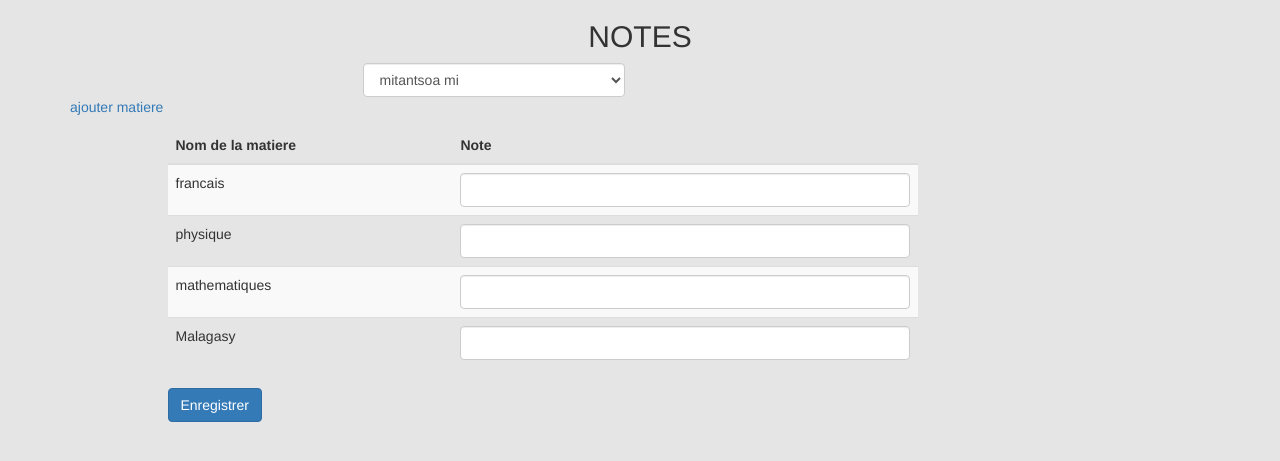
Repository: mitantsoa1/CRUD-note
Page: http://localhost/note
These files come from the project's save history. The page is drawn as it stood at one moment and after the next save; the edit follows.
The browser window is 1280 px wide. The pictures show the whole page.
The page is run by PHP 8.4 with error messages shown; the project is at /var/www/html/. The database holds what the project's SQL file puts in it.

Above is the page before, as saved 2021-02-12 07:45:42.
Console error: SyntaxError: Unexpected token '<'

### index.php
<?php

require_once ("Controls/Controllers.class.php");
// require_once ("Models/Database.class.php");
// Database::init("localhost","stage","root","");

if(isset($_GET['action'])){
    if(method_exists("Controllers",$_GET['action'])){
        $reflect = new ReflectionMethod("Controllers",$_GET['action']);
        $class = "Controllers";
        $reflect -> invoke(new $class);
    }else{
        Controllers::loadView("erreur.php");
    }
}else{
    Controllers::loadView("indexView.php");
}

?>

### Controls/Controllers.class.php
<?php
	class Controllers{

		public static function loadView($page){
			$page = htmlspecialchars(trim($page)) ;
			include("Views/".$page) ;
		}
		public function index(){
			Controllers::loadView("indexView");
		}
		// pour inclure les portions de page
		public static function includeTemplate($template)
		{
			$template = htmlspecialchars(trim($template));
			include "Views/template_parts/" . $template;
		}
		// inclure du JavaScript
		public static function includeJS($fields)
		{
			$script = "";
			for ($i = 0; $i < count($fields) - 1; $i++) {
				$code = htmlspecialchars(trim($fields[$i]));
				$script .= '<script src="Publics/js/' . $code . '.js"></script>' . "\n\t";
			}
			if ($i == count($fields) - 1) {
				$code = htmlspecialchars(trim($fields[count($fields) - 1]));
				$script .= '<script src="Publics/js/' . $code . '.js"></script>' . "\n";
			}
			echo $script;
		}
		// inclure du CSS
		public static function includeCSS($fields)
		{
			$css = "";
			for ($i = 0; $i < count($fields) - 1; $i++) {
				$code = htmlspecialchars(trim($fields[$i]));
				$css .= '<link rel="stylesheet" href="Publics/css/' . $code . '.css">' . "\n\t";
			}
			if ($i == count($fields) - 1) {
				$code = htmlspecialchars(trim($fields[count($fields) - 1]));
				$css .= '<link rel="stylesheet" href="Publics/css/' . $code . '.css">' . "\n";
			}
			echo $css;
		}

		public function note(){
			Controllers::loadView("note.php");
		}
		public function matiere(){
			Controllers::loadView("matiere.php");
		}
	}

 ?>

### Views/note.php
<!DOCTYPE html>
<html lang="en">
<head>
    <meta charset="UTF-8">
    <meta http-equiv="X-UA-Compatible" content="IE=edge">
    <meta name="viewport" content="width=device-width, initial-scale=1.0">
    <title>note</title>
    <?php
Controllers::includeCSS(["all","bootstrap.min","sweetalert2.min","style","util"]);
?>
</head>
<body>
    <div class="container content-note">
        <h2 class="text-center">NOTES</h2>
    <form action="">
        <div class="row">
            <?php
                include('Models/Database.class.php');
                $db = new Database();
                $tab = $db->select("etudiant")
                            ->execute(null);
                echo "<div class='col-sm-3 col-sm-offset-3'> <select id='select_etudiant_note' class='form-control'>";

                    for($i=0;$i<count($tab);$i++){
                        echo"
                            <option value='".$tab[$i]->id."'>".$tab[$i]->nom." ".$tab[$i]->prenom."</option>
                        ";
                    }

                echo "</select></div>";


            ?>


        </div>
    </form>
    <a href="matiere" >ajouter matiere</a>
    <div class="nom"></div>
    <div class="row">
        <div class="matiere_table col-sm-8 col-sm-offset-1">matiere</div>
    </div>

    </div>


<?php
Controllers::includeJS(["jquery","bootstrap.min","all","sweetalert2.min","note"]);
?>
</body>
</html>

### Models/Database.class.php
<?php
class Database{
	private $query,$nombreParam, $lastTable;
	private static $conn,$host,$base,$user,$pass,$port ;
		// bd = new PDO("mysql:host=localhost;dbname=nom","user","pass")
		// initialisation
	public static function init($hote,$base,$port,$user,$pass) {
		self::$host=htmlspecialchars(trim($hote)) ;
		self::$base=htmlspecialchars(trim($base)) ;
		self::$user=htmlspecialchars(trim($user)) ;
		self::$pass=htmlspecialchars(trim($pass)) ;

	}
	public static function db() {
		$options = array(PDO::MYSQL_ATTR_INIT_COMMAND => 'SET NAMES utf8',
);


		$url ="mysql:host=".self::$host.";port=".self::$port.";dbname=".self::$base;
		if(!isset(self::$conn)) {
			self::$conn = new PDO($url,self::$user,self::$pass,$options);
		}
		return self::$conn ;

	}
		// execution du requete
	public function execute($value=null) {

			// tester s'il y des trous dans les requetes
			// si c'est une requete de selection
		if (strpos($this->query,"SELECT")>-1) {

			if (strpos($this->query,"?")>-1 ){
				$req = self::db()->prepare($this->query) ;
				$req->execute($value) ;
			}
			else {
				$req = self::db()->query($this->query) ;
			}


			return $req->fetchAll(PDO::FETCH_OBJ);
		}
		else {
			if (strpos($this->query,"?")>-1 ){
				$req = self::db()->prepare($this->query) ;
				$req->execute($value) ;

			}
			else {
				self::db()->query($this->query) ;
			}


			return 0 ;
		}



	}
	public function getQuery() {
		return $this->query ;
	}
	public function select($table){
		$table=htmlspecialchars(trim($table)) ;
		$this->query = "SELECT * FROM ".$table ;
		$this->lastTable =$table ;
		return $this ;
	}
	public function where($id,$operateur){
		$this->query .= " WHERE ".$id."".$operateur."?";

		return $this ;
	}
	public function et($id,$operateur) {
		$this->query .= " AND ".$id."".$operateur."?";

		return $this ;
	}
	public function ou($id,$operateur) {
		$this->query .= " OR ".$id."".$operateur."?";

		return $this ;
	}
		// insertion
	public function insert($table) {
		$this->query="INSERT INTO ".$table ;
		return $this ;
	}
	// mise à jours
	public function update($table) {
		$this->query="UPDATE ".$table ;
		return $this ;
	}
	public function parametters($fields) {
		if (strpos($this->query,"INSERT")>-1){
			// insertion
			$listeFields="(" ;
			$valeur="VALUES (" ;
			for ($i=0; $i <count($fields) ; $i++) {
				$listeFields.=$fields[$i]."," ;
				$valeur.="?," ;
			}

			$listeFields=trim($listeFields,",").")" ;

			$valeur=trim($valeur,",").")" ;
			$this->query.=" ".$listeFields ;
			$this->query.=" ".$valeur ;
		}
		else if (strpos($this->query,"UPDATE")>-1){
			$listeFields="SET " ;
			for ($i=0; $i <count($fields); $i++) {
				$listeFields.=$fields[$i]."=?," ;
			}
			$listeFields=trim($listeFields,",") ;
			$this->query.=" ".$listeFields ;
		}

		return $this ;
	}

		// suppréssion
	public function delete($table) {
		$table=htmlspecialchars(trim($table)) ;
		$this->query=" DELETE FROM ".$table;
		return $this ;
	}
	public function order($param) {
		$this->query.=" ORDER BY " ;
		$listeOrder="" ;
		foreach ($param as $key => $value) {
			$listeOrder.=$key. " ".$value."," ;
		}
		$listeOrder=trim($listeOrder,",") ;
		$this->query.=$listeOrder ;
		return $this ;
	}
	public function inner($table2,$id1) {
		$table2=htmlspecialchars(trim($table2)) ;
		$id1= htmlspecialchars(trim($id1)) ;

		$this->query.=" INNER JOIN ".$table2." ON ".$this->lastTable.".".$id1."=".$table2.".".$id1 ;
		$this->lastTable=$table2;
		return $this;
	}
	// inner join id différent
	public function innerD($table2,$id1,$id2) {
		$table2=htmlspecialchars(trim($table2)) ;
		$id1= htmlspecialchars(trim($id1)) ;

		$this->query.=" INNER JOIN ".$table2." ON ".$this->lastTable.".".$id1."=".$table2.".".$id2 ;
		$this->lastTable=$table2;
		return $this;
	}
	public function sum($table,$fields) {
		$fields = htmlspecialchars(trim($fields)) ;
		$table = htmlspecialchars(trim($table)) ;
		$this->query="SELECT SUM(".$fields.") AS somme FROM ".$table ;
		return $this ;
	}
	// selection avec paramètre
	public function selectParam($table,$listeFields) {
		$reqBase ="SELECT " ;
		for ($i=0; $i <count($listeFields) ; $i++) {
			$reqBase.=$listeFields[$i]."," ;
		}
		$this->query = trim($reqBase,",")." FROM ".$table;
		return $this ;


	}
	public function customSelect($requete) {
		$req = self::db()->query($requete) ;

		return $req->fetchAll(PDO::FETCH_OBJ);
	}

}
	Database::init("localhost","scolarite","3306","root","");

	//ALTER TABLE `note` ADD `francais` IF NOT EXISTS DOUBLE NOT NULL DEFAULT '0.0'
?>

### Views/erreur.php
<!DOCTYPE html>
<html lang="fr">
<head>
    <meta charset="UTF-8">
    <meta name="viewport" content="width=device-width, initial-scale=1.0">
    <title>Page invalide</title>
</head>
<body>
    <h1>ERROR 404</h1>

        <p>Cette page n'est pas disponible</p>
</body>
</html>

### Controls/ajax.php
<?php
    include("../Models/Database.class.php");
    header('Content-type: application/json');
    $db = new Database();

    if(isset($_POST['data'])){
        $tab = $db->select("etudiant")
                ->execute();
        echo json_encode($tab);
    }

    if(isset($_POST['nom'])){
        $nom = htmlspecialchars(trim($_POST['nom']));
        $prenom = htmlspecialchars(trim($_POST['prenom']));
        $dtn = htmlspecialchars(trim($_POST['date_naissance']));
        $sexe = $_POST['sexe'];

        $db->insert("etudiant")
            ->parametters(["nom","prenom","date_de_naissance","sexe"])
            ->execute([$nom,$prenom,$dtn,$sexe]);
        echo json_encode("ok");
    }

    if(isset($_POST['id_effacer'])){
        $db->delete("etudiant")
            ->where("id","=")
            ->execute([$_POST['id_effacer']]);
        echo json_encode("effacer");
    }

    if(isset($_POST['id_modifier'])){
        $tab=$db->select("etudiant")
            ->where("id","=")
            ->execute([$_POST['id_modifier']]);
        echo json_encode($tab);
    }
    if(isset($_POST['nom_modif'])){
        $nom = htmlspecialchars(trim($_POST['nom_modif']));
        $prenom = htmlspecialchars(trim($_POST['prenom']));
        $dtn = htmlspecialchars(trim($_POST['date_naissance']));
        $sexe = $_POST['sexe'];
        $id = htmlspecialchars(trim($_POST["id"]));

        $db->update("etudiant")
            ->parametters(["nom","prenom","date_de_naissance","sexe"])
            ->where("id","=")
            ->execute([$nom,$prenom,$dtn,$sexe,$id]);
        echo json_encode("ok");
    }

    if(isset($_POST['etudiant'])){
        $tab=$db->select("etudiant")
                ->where("id","=")
                ->execute([$_POST['etudiant']]);
        echo json_encode($tab);
    }

    if(isset($_POST["affiche_matiere"])){
        $tab=$db->select("matiere")
                ->execute(null);
        echo json_encode($tab);
    }

    if(isset($_POST["nom_matiere"])){
        $matiere = htmlspecialchars(trim($_POST["nom_matiere"]));
        $tab=$db->select("matiere")
                ->where("nom_matiere","=")
                ->execute([$matiere]);

                if(count($tab)>0){
                    echo json_encode("non");
                }else{
                    $db->insert("matiere")
                        ->parametters(["nom_matiere"])
                        ->execute([$matiere]);
                        //APINA ALTER TABLE
                    echo json_encode("ok");
                }
    }

    if(isset($_POST['id_mat_effacer'])){
        $db->delete("matiere")
            ->where("id_matiere","=")
            ->execute([$_POST['id_mat_effacer']]);
        echo json_encode("effacer");
    }

    if(isset($_POST['id_mat_modifier'])){
        $tab=$db->select("matiere")
            ->where("id_matiere","=")
            ->execute([$_POST['id_mat_modifier']]);
        echo json_encode($tab);
    }
    if(isset($_POST['nom_mat_modif'])){
        $matiere = htmlspecialchars(trim($_POST['nom_mat_modif']));
        $id = htmlspecialchars(trim($_POST["id"]));

        $db->update("matiere")
            ->parametters(["nom_matiere"])
            ->where("id_matiere","=")
            ->execute([$matiere,$id]);
        echo json_encode("ok");
    }

    if(isset($_POST['affiche_note'])){
        $tab = $db->select("matiere")
                    ->execute(null);

        echo json_encode($tab);

    }

?>

### Publics/css/style.css
body {
    margin: 0;
    padding: 0;
    background: rgba(0, 0, 0, .1);
}

.content {
    width: 50vw;
    min-width: 300px;
    background: white;
    padding: 10px 20px 0 !important;
    margin: 10px auto;
    border: white 1px solid !important;
    border-radius: 10px !important;
}

.content .titre {
    padding: 0;
    margin: 0;
}

.boutton {
    display: block;
    margin: 0 auto;
    width: 100px;
}

#btn_modification {
    margin-left: 30%;
}

.table_etudiant {
    position: relative;
    height: auto;
    max-height: 150px;
    overflow: auto;
}

.table_etudiant thead {
    position: sticky;
    top: 0;
    background: black;
    color: white;
}

### scolarite.sql (the tables this page reads)
CREATE TABLE IF NOT EXISTS `etudiant` (
  `id` int(11) NOT NULL AUTO_INCREMENT,
  `nom` varchar(255) NOT NULL,
  `prenom` varchar(255) NOT NULL,
  `date_de_naissance` date NOT NULL,
  `sexe` varchar(30) NOT NULL,
  PRIMARY KEY (`id`)
) ENGINE=MyISAM AUTO_INCREMENT=9 DEFAULT CHARSET=utf8;

INSERT INTO `etudiant` (`id`, `nom`, `prenom`, `date_de_naissance`, `sexe`) VALUES
(5, 'mitantsoa', 'mi', '2021-01-26', 'femme'),
(8, 'rabe', 'be', '2021-01-25', 'femme');

CREATE TABLE IF NOT EXISTS `matiere` (
  `id_matiere` int(11) NOT NULL AUTO_INCREMENT,
  `nom_matiere` varchar(255) NOT NULL,
  PRIMARY KEY (`id_matiere`)
) ENGINE=MyISAM AUTO_INCREMENT=8 DEFAULT CHARSET=utf8;

INSERT INTO `matiere` (`id_matiere`, `nom_matiere`) VALUES
(1, 'francais'),
(7, 'physique'),
(3, 'mathematiques'),
(6, 'Malagasy');

Loaded but not shown: Publics/css/all.css (library); Publics/css/bootstrap.min.css (library); Publics/css/sweetalert2.min.css (library); Publics/js/jquery.js (library); Publics/js/bootstrap.min.js (library); Publics/js/note.js (24 lines, source omitted); Publics/css/util.css (9878 lines, source omitted)

After the next save:
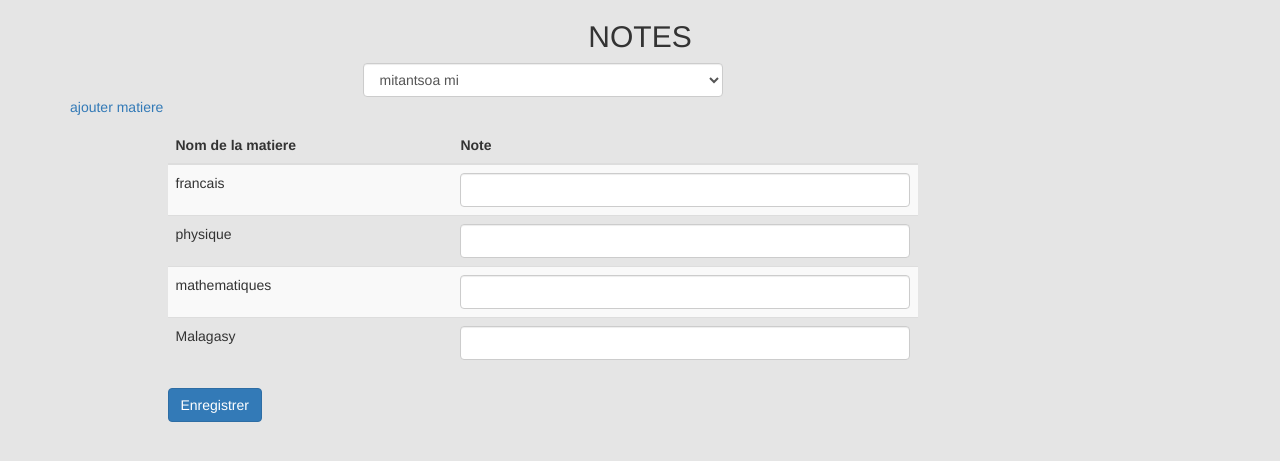
Saved 10 s later.
--- a/Views/note.php
+++ b/Views/note.php
@@ -19,7 +19,7 @@ Controllers::includeCSS(["all","bootstrap.min","sweetalert2.min","style","util"]
                 $db = new Database();
                 $tab = $db->select("etudiant")
                             ->execute(null);
-                echo "<div class='col-sm-3 col-sm-offset-3'> <select id='select_etudiant_note' class='form-control'>";
+                echo "<div class='col-sm-4 col-sm-offset-3'> <select id='select_etudiant_note' class='form-control'>";
 
                     for($i=0;$i<count($tab);$i++){
                         echo"
